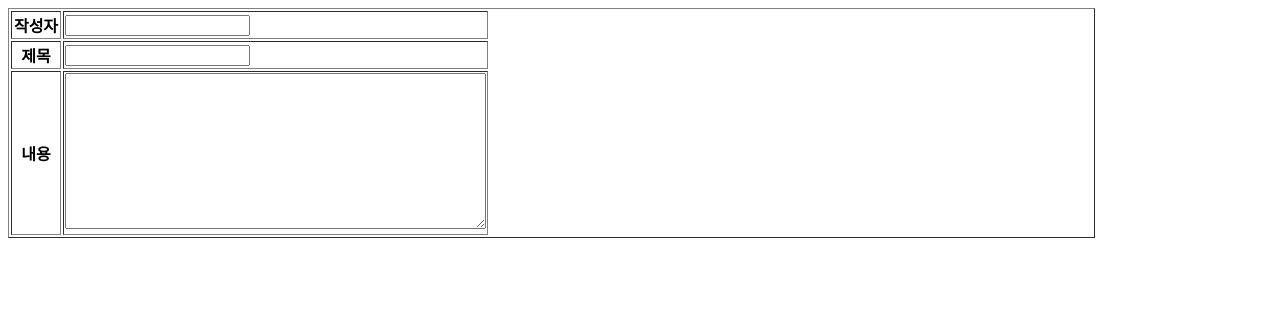
Repository: charamee/Web_kh
Page: http://localhost/Jsp08_MVC/myinsert.jsp
The author's editor kept a copy of each file at every save. The page is drawn from the files as they stood at one save, then again after the next save.
The browser window is 1280 px wide. The pictures show the whole page.
The page is served by Tomcat 9.

Above is the page before, as saved 2021-02-25 16:06:08.

After the next save:
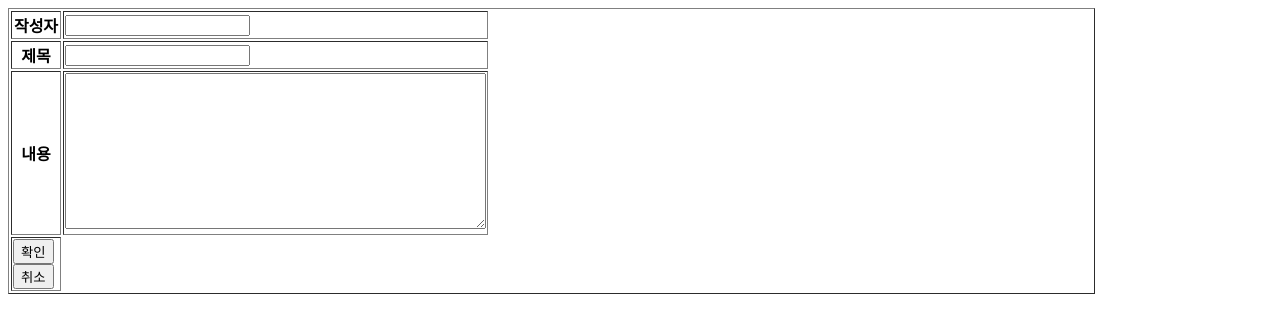
Saved 71 s later.
--- a/Workspace_WEB/Jsp08_MVC/WebContent/myinsert.jsp
+++ b/Workspace_WEB/Jsp08_MVC/WebContent/myinsert.jsp
@@ -32,6 +32,13 @@
 			<th>내용</th>
 			<td><textarea rows="10" cols="50" name="context"></textarea></td>
 		</tr>
+
+		<tr>
+			<td>
+				<input type="submit" value="확인">
+				<input type="button" value="취소" onclick="">
+			</td>
+		</tr>
 	</table>
 	</form>
 </body>
